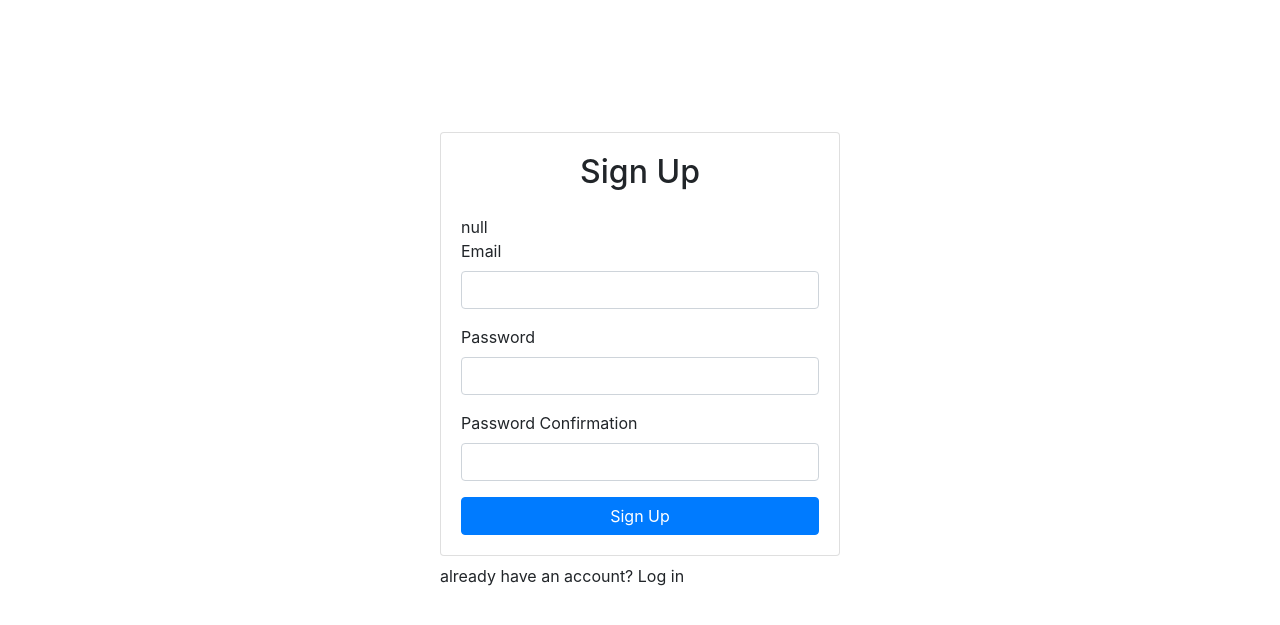
Repository: patrik-fredlund/react-firebase-auth
Page: /
The author's editor kept a copy of each file at every save. The page is drawn from the files as they stood at one save, then again after a run of saves.
The browser window is 1280 px wide. The pictures show the whole page.
The project was rebuilt for these pictures with package versions that can differ from the ones it lists, and the page was loaded fresh each time.

Above is the page before, as saved 2021-03-09 19:43:39.

### src/components/App.js
import React from 'react'
import Signup from './Signup';
import { Container } from 'react-bootstrap';
import { AuthProvider } from '../contexts/AuthContext';

function App() {
  return (
    <AuthProvider>
    <Container className='d-flex align-items-center justify-content-center' style={{ minHeight:'100vh'}}
    >
      <div className='w-100' style={{ maxWidth:'400px'}}>
      <Signup />
      </div>
    </Container>
    </AuthProvider>
  );
}

export default App;

### src/components/Signup.js
import React, {useRef, useState} from 'react'
import { Form, Button, Card, Alert } from 'react-bootstrap'
import  { useAuth } from '../contexts/AuthContext'

export default function Signup() {
    const emailRef = useRef()
    const passwordRef = useRef()
    const passwordConfirmRef = useRef()
    const { signup, currentUser } = useAuth()
    const [error, setError] = useState('')
    const [loading, setLoading] = useState(false)

    async function handleSubmit(e) {
        e.preventDefault()

        if (passwordRef.current.value !== passwordConfirmRef.current.value ) {
return setError('Password do not match')
        }


        try {
            setError('')
            setLoading(true)
            await signup(emailRef.current.value, passwordRef.current.value)
        } catch {
            setError ('Failed to set an account')
        }
        setLoading(false)
    }

    return (
        <>
        <Card>
            <Card.Body>
                <h2 className='text-center mb-4'>Sign Up</h2>
                {JSON.stringify(currentUser)}
                {error && <Alert variant='danger'>{error}</Alert>}
                <Form onSubmit={handleSubmit}>
                    <Form.Group id='email'>
                        <Form.Label>Email</Form.Label>
                        <Form.Control type='email' ref={emailRef}required />
                    </Form.Group>
                    <Form.Group id='password'>
                        <Form.Label>Password</Form.Label>
                        <Form.Control type='password' ref={passwordRef}required />
                    </Form.Group>
                    <Form.Group id='password-confirm'>
                        <Form.Label>Password Confirmation</Form.Label>
                        <Form.Control type='password' ref={passwordConfirmRef}required />
                    </Form.Group>
                    <Button disabled={loading} className='w-100' type='Submit'>Sign Up</Button>
                </Form>
            </Card.Body>
        </Card>
            <div className='w-100 text-center mt-2'></div>
            already have an account? Log in
        </>
    )
}

### src/contexts/AuthContext.js
import React, {useContext, useState, useEffect} from 'react'
import { auth } from '../firebase'


const AuthContext = React.createContext()

export function useAuth() {
    return useContext(AuthContext)
}


export function AuthProvider( { children }) {
const [currentUser, setCurrentUser] = useState()

function signup(email, password) {
    return auth.createUserWithEmailAndPassword(email, password)
}

useEffect (() => {
   const unsubscribe = auth.onAuthStateChanged(user =>{
        setCurrentUser(user)
    })
    return unsubscribe
}, [])


const value = {
    currentUser,
    signup
}


    return (
        <AuthContext.Provider value={value}>
            {children}
        </AuthContext.Provider>
    )
}

### src/firebase.js
import firebase from 'firebase/app'
import 'firebase/auth'


const app = firebase.initializeApp({
  apiKey: "AIzaSyBJbJ72e0dSZUQtUVFk6gwOkde0J4SM_Vo",
  authDomain: "auth-development-5a714.firebaseapp.com",
  projectId: "auth-development-5a714",
  storageBucket: "auth-development-5a714.appspot.com",
  messagingSenderId: "512599736591",
  appId: "1:512599736591:web:7d74dcc50ae303f93ffe7a"
  })


export const auth = app.auth()
export default app

Loaded but not shown: public/index.html (common file); src/index.js (common file)

After the next 12 saves:
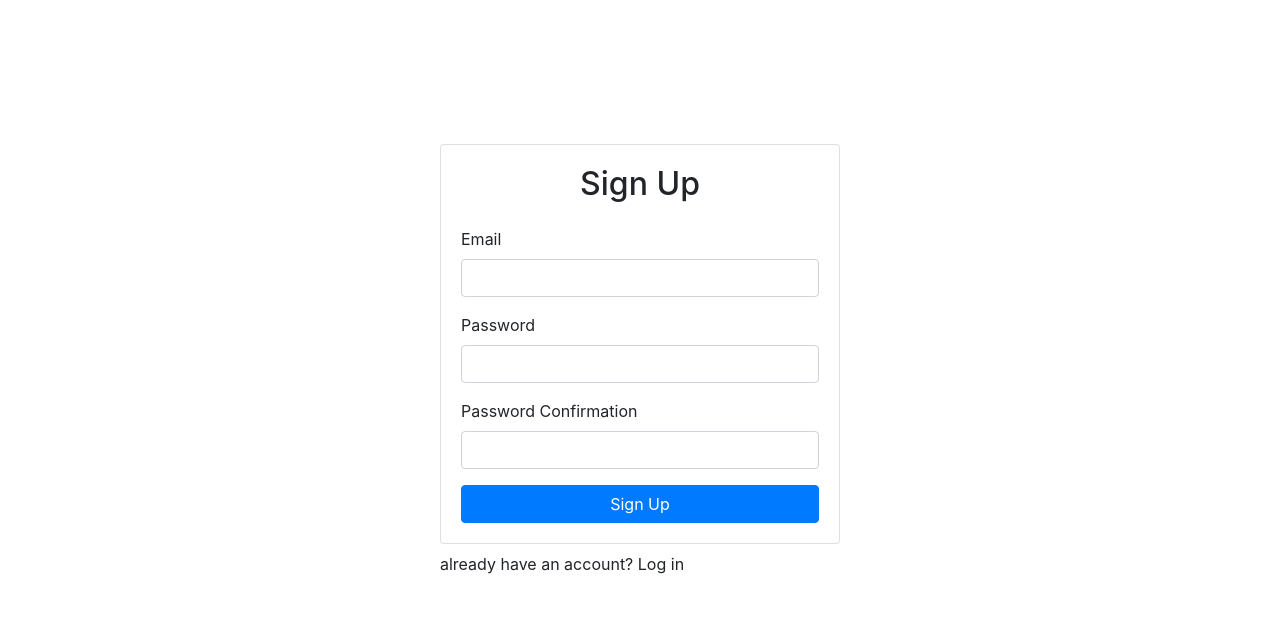
The 12 saves are shown as one change because they came seconds apart.
The last was saved 68 s later.
--- a/src/components/Signup.js
+++ b/src/components/Signup.js
@@ -33,7 +33,7 @@
         <Card>
             <Card.Body>
                 <h2 className='text-center mb-4'>Sign Up</h2>
-                {JSON.stringify(currentUser)}
+                {currentUser && currentUser.email}
                 {error && <Alert variant='danger'>{error}</Alert>}
                 <Form onSubmit={handleSubmit}>
                     <Form.Group id='email'>
